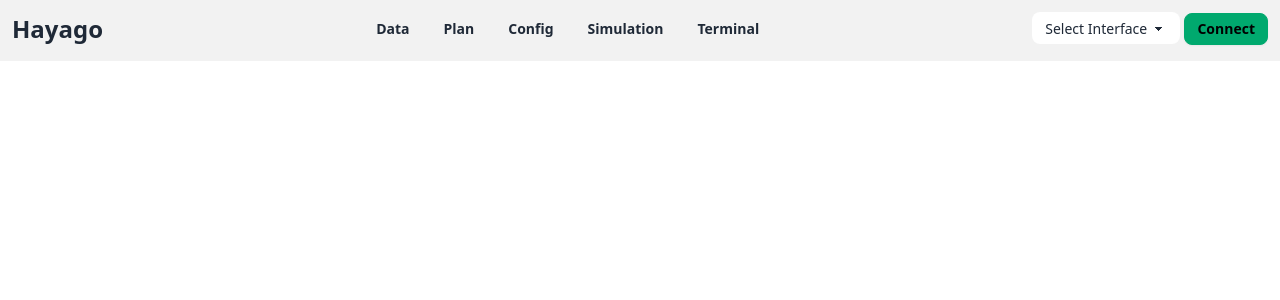
Repository: khulqu15/rov.commander
Page: http://localhost/planner/
An editor plug-in stored every save of this project. The page is shown before and after the next save, followed by the edit.
The browser window is 1280 px wide. The pictures show the whole page.
Some web libraries are served in a nearby version. The page is served by the project's application, run on Django 5.2 (manage.py). Other server files are loaded and not shown.

Above is the page before, as saved 2025-02-06 21:04:50.

### templates/index.html
<!DOCTYPE html>
<html lang="en">
<head>
    <meta charset="UTF-8">
    <meta name="viewport" content="width=device-width, initial-scale=1.0">
    <link href="https://cdn.jsdelivr.net/npm/daisyui@4.12.23/dist/full.min.css" rel="stylesheet" type="text/css" />
    <script src="https://cdn.tailwindcss.com"></script>
    <title>Mission Planner App</title>
</head>
<body>
    <div class="fixed left-0 w-full p-3 pb-4 bg-base-200 top-0 flex justify-between items-center">
        <div>
            <h1 class="text-2xl font-bold">Hayago</h1>
        </div>
        <div class="lg:flex items-center justify-center gap-2">
            <button type="submit" class="btn btn-ghost btn-sm">Data</button>
            <button type="submit" class="btn btn-ghost btn-sm">Plan</button>
            <button type="submit" class="btn btn-ghost btn-sm">Config</button>
            <button type="submit" class="btn btn-ghost btn-sm">Simulation</button>
            <button type="submit" class="btn btn-ghost btn-sm">Terminal</button>
        </div>
        <form method="GET">
            <select name="interface" class="select select-border select-sm" id="interface">
                <option value="">Select Interface</option>
                {% for interface in interfaces %}
                    <option value="{{ interface }}" {% if interface == selected_interface %}selected{% endif %}>{{ interface }}</option>
                {% endfor %}
            </select>
            <button type="submit" class="btn btn-success btn-sm">Connect</button>
        </form>
    </div>

    {% if selected_interface %}
        <div class="result">
            <h3>Selected Network: {{ selected_interface }}</h3>
            <h4>TCP/IP Addresses:</h4>
            <ul>
                {% for ip in tcpIp %}
                    <li>{{ ip }}</li>
                {% endfor %}
            </ul>
            <h4>COM Ports:</h4>
            <ul>
                {% for port in comPorts %}
                    <li>{{ port.device }} - {{ port.description }}</li>
                {% endfor %}
            </ul>
        </div>
    {% endif %}

</body>
</html>

### network/views.py
import socket
import serial.tools.list_ports
from rest_framework.response import Response
from rest_framework.decorators import api_view
from django.shortcuts import render
from django.http import JsonResponse

serial_connection = False

def get_network_interfaces():
    """Mendapatkan daftar interface jaringan yang tersedia"""
    interfaces = set()
    host_name = socket.gethostname()
    for ip in socket.getaddrinfo(host_name, None):
        interfaces.add(ip[4][0])
    return list(interfaces)

@api_view(["GET"])
def get_network_info(request):
    interfaces = get_network_interfaces()
    selected_interface = request.GET.get("interface", None)

    ip_list = []
    com_ports = []

    if selected_interface:
        ip_list = [ip for ip in interfaces if ip == selected_interface]

        ports = list(serial.tools.list_ports.comports())
        com_ports = [{"device": port.device, "description": port.description} for port in ports]

    return render(request, "index.html", {
        "interfaces": interfaces,
        "selected_interface": selected_interface,
        "tcpIp": ip_list,
        "comPorts": com_ports
    })

@api_view(["POST"])
def connect_device(request):
    global serial_connection
    port_name = request.POST.get("port")
    baud_rate = request.POST.get("baud", 9600)
    if not port_name:
        return JsonResponse({"error": "No COM Selected"})
    try:
        serial_connection = serial.Serial(port_name, baudrate=int(baud_rate), timeout=1)
        return("/planner")
    except Exception as e:
        return JsonResponse({"error": str(e)}, status=500)

### missionCore/urls.py
"""
URL configuration for missionCore project.

The `urlpatterns` list routes URLs to views. For more information please see:
    https://docs.djangoproject.com/en/5.1/topics/http/urls/
Examples:
Function views
    1. Add an import:  from my_app import views
    2. Add a URL to urlpatterns:  path('', views.home, name='home')
Class-based views
    1. Add an import:  from other_app.views import Home
    2. Add a URL to urlpatterns:  path('', Home.as_view(), name='home')
Including another URLconf
    1. Import the include() function: from django.urls import include, path
    2. Add a URL to urlpatterns:  path('blog/', include('blog.urls'))
"""
from django.contrib import admin
from django.urls import path, include

urlpatterns = [
    path('admin/', admin.site.urls),
    path('', include('network.urls'))
]

### network/urls.py
from django.urls import path
from .views import get_network_info

urlpatterns = [
    path('planner/', get_network_info, name='planner'),
]

After the next save:
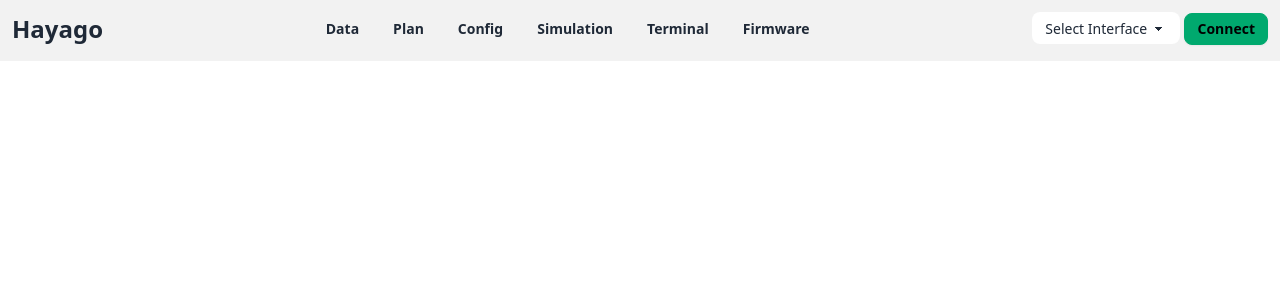
Saved 5 s later.
--- a/templates/index.html
+++ b/templates/index.html
@@ -18,6 +18,7 @@
             <button type="submit" class="btn btn-ghost btn-sm">Config</button>
             <button type="submit" class="btn btn-ghost btn-sm">Simulation</button>
             <button type="submit" class="btn btn-ghost btn-sm">Terminal</button>
+            <button type="submit" class="btn btn-ghost btn-sm">Firmware</button>
         </div>
         <form method="GET">
             <select name="interface" class="select select-border select-sm" id="interface">

After the save that followed:
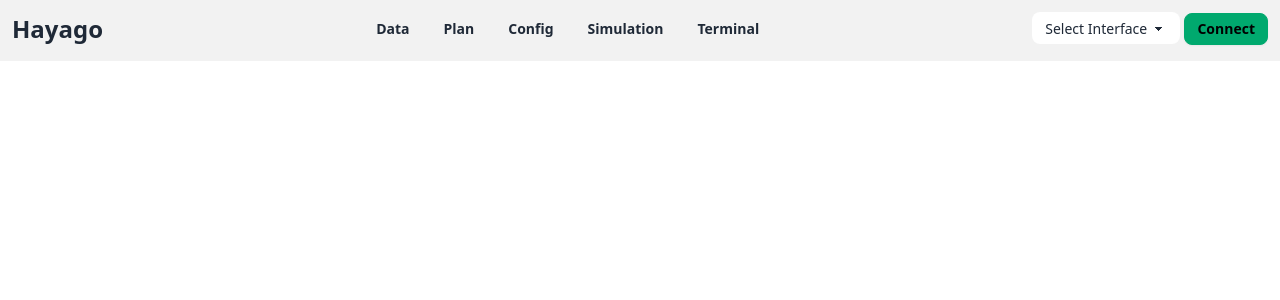
Saved 5 s later.
--- a/templates/index.html
+++ b/templates/index.html
@@ -18,7 +18,6 @@
             <button type="submit" class="btn btn-ghost btn-sm">Config</button>
             <button type="submit" class="btn btn-ghost btn-sm">Simulation</button>
             <button type="submit" class="btn btn-ghost btn-sm">Terminal</button>
-            <button type="submit" class="btn btn-ghost btn-sm">Firmware</button>
         </div>
         <form method="GET">
             <select name="interface" class="select select-border select-sm" id="interface">
